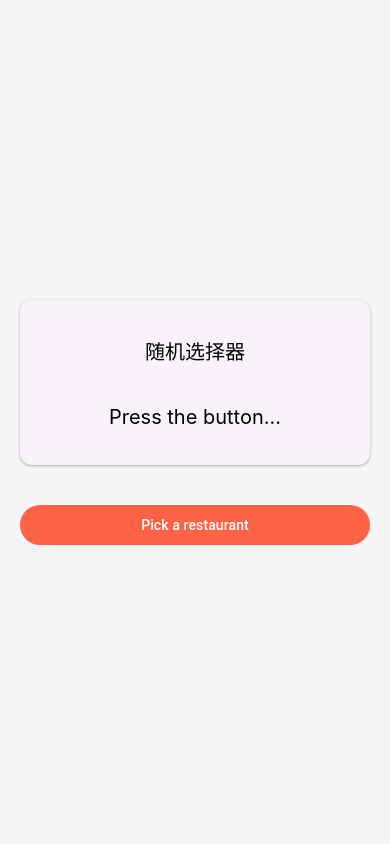
Repository: RidenShogunei/react-native-liveapp
Page: /Res (app in LiveTool/)
These files come from the project's save history. The page is drawn as it stood at one moment and after a run of saves; the edit follows.
The browser window is 390 px wide. The pictures show the whole page.
The page's requests for data from a server got no answer. The app was drawn by React Native's web renderer in a window 390 px wide. The project was rebuilt for these pictures with package versions that can differ from the ones it lists, and the page was loaded fresh each time. No one was signed in, and anything a server would have sent is missing.

Above is the page before, as saved 2024-05-12 12:50:45.

### LiveTool/App.tsx
import React from 'react';
import {NavigationContainer} from '@react-navigation/native';
import {createStackNavigator} from '@react-navigation/stack';
import MainPage from './pages/mian';
import {PaperProvider} from 'react-native-paper';
import {MD3LightTheme as DefaultTheme} from 'react-native-paper';
import Res from './pages/chooseRestaurant';
// 创建一个 Stack Navigator
const Stack = createStackNavigator();
const theme = {
  ...DefaultTheme,
  colors: {
    ...DefaultTheme.colors,
    primary: 'tomato',
    secondary: 'yellow',
  },
};
function App() {
  return (
    <PaperProvider theme={theme}>
      <NavigationContainer>
        <Stack.Navigator initialRouteName="Main">
          <Stack.Screen
            name="Main"
            component={MainPage}
            options={{headerShown: false}}
          />
          <Stack.Screen
            name="Res"
            component={Res}
            options={{headerShown: false}}
          />
        </Stack.Navigator>
      </NavigationContainer>
    </PaperProvider>
  );
}

export default App;

### LiveTool/pages/mian.tsx
import React, {useState, useEffect} from 'react';
import {View, Text, ScrollView, Dimensions, StyleSheet} from 'react-native';
import {Card, Button} from 'react-native-paper';
import {Picker} from '@react-native-picker/picker';
const {width: viewportWidth} = Dimensions.get('window');

function MainPage({ navigation }) {
  const [weather, setWeather] = useState(null);
  const [city, setCity] = useState(101010100);
  useEffect(() => {
    fetch(
      `https://devapi.qweather.com/v7/weather/now?location=${city}&key=acfa15e64b854efcb254f98a8b29568e`,
    )
      .then(response => {
        console.log('Response status:', response.status);
        return response.json();
      })
      .then(data => {
        console.log('Weather data:', data);
        setWeather(data);
      })
      .catch(error => {
        console.error('Error fetching weather data:', error);
      });
  }, [city]);

  return (
    <ScrollView contentContainerStyle={{flexGrow: 1}}>
      <ScrollView
        horizontal
        pagingEnabled
        showsHorizontalScrollIndicator={false}
        contentContainerStyle={{
          alignItems: 'center',
          justifyContent: 'center',
        }}>
        {weather && (
          <Card style={{width: viewportWidth}}>
            <Card.Content>
              <Text style={styles.text}>实时天气</Text>
              <Picker
                selectedValue={city}
                style={{
                  height: 50,
                  width: 120,
                  borderWidth: 1,
                  borderColor: '#000',
                  shadowColor: '#000',
                  shadowOffset: {width: 0, height: 2},
                  shadowOpacity: 0.8,
                  shadowRadius: 2,
                  elevation: 1,
                }}
                onValueChange={(itemValue, itemIndex) => setCity(itemValue)}>
                <Picker.Item label="北京" value="101010100" />
                <Picker.Item label="上海" value="101020100" />
                <Picker.Item label="嘉定" value="101020500" />
                {/* 更多城市省略... */}
              </Picker>
              <Text>{`Temperature: ${weather.now.temp}度`}</Text>
              <Text>{`Feels Like: ${weather.now.feelsLike}度`}</Text>
              <Text>{`Weather: ${weather.now.text}`}</Text>
              <Text>{`Wind Direction: ${weather.now.windDir}`}</Text>
              <Text>{`Wind Scale: ${weather.now.windScale}级`}</Text>
            </Card.Content>
          </Card>
        )}
      </ScrollView>

      <View>
        <Card style={{margin: 10}}>
          <Card.Content>
            <Text style={styles.text}>选餐馆{'\n'}</Text>
            <Button
              mode="contained"
              onPress={() => navigation.navigate('Res')}>
              Press me
            </Button>
          </Card.Content>
        </Card>
        <Card style={{margin: 10}}>
          <Card.Content>
            <Text style={styles.text}>Card content{'\n'}</Text>
            <Button
              mode="contained"
              onPress={() => console.log('Button pressed')}>
              Press me
            </Button>
          </Card.Content>
        </Card>
        <Card style={{margin: 10}}>
          <Card.Content>
            <Text style={styles.text}>More card content{'\n'}</Text>
            <Button
              mode="contained"
              onPress={() => console.log('Another button pressed')}>
              Press me
            </Button>
          </Card.Content>
        </Card>
        {/* 更多的 Card... */}
      </View>
    </ScrollView>
  );
}
const styles = StyleSheet.create({
  container: {
    flex: 1,
    backgroundColor: '#fff',
    alignItems: 'center',
    justifyContent: 'center',
  },
  text: {
    textAlign: 'center',
    fontSize: 20,
  },
});
export default MainPage;

### LiveTool/pages/chooseRestaurant.tsx
import React, {useState} from 'react';
import {View, Text, StyleSheet} from 'react-native';
import {Button, Card} from 'react-native-paper';

const RestaurantPicker = () => {
  const [selectedRestaurant, setSelectedRestaurant] = useState(
    'Press the button...',
  );
  const restaurants = [
    'KFC',
    'MacDonalds',
    'Burger King',
    'Pizza Hut',
    'Taco Bell',
    'Subway',
    'Starbucks',
    "Domino's",
  ];

  const selectRestaurant = () => {
    let index = 0;
    const intervalId = setInterval(() => {
      setSelectedRestaurant(restaurants[index]);
      index = index === restaurants.length - 1 ? 0 : index + 1;
    }, 100);

    setTimeout(() => clearInterval(intervalId), 2000); // after 2 seconds, the name will stop changing
  };

  return (
    <View style={styles.container}>
      <Card style={styles.card}>
        <Card.Content>
          <Text style={{fontSize: 20, textAlign: 'center', marginVertical: 20}}>
            随机选择器
          </Text>
          <Text style={styles.text}>{selectedRestaurant}</Text>
        </Card.Content>
      </Card>
      <Button mode="contained" onPress={selectRestaurant} style={styles.button}>
        Pick a restaurant
      </Button>
    </View>
  );
};

const styles = StyleSheet.create({
  container: {
    flex: 1,
    justifyContent: 'center',
    paddingHorizontal: 20,
    backgroundColor: '#f5f5f5',
  },
  text: {
    fontSize: 20,
    textAlign: 'center',
    marginVertical: 20,
  },
  card: {
    marginBottom: 20,
  },
  button: {
    marginTop: 20,
  },
});

export default RestaurantPicker;

After the next 5 saves:
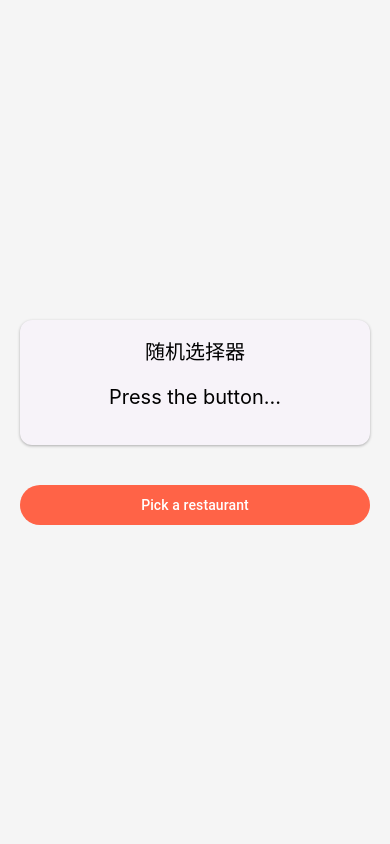
The 5 saves are shown as one change because they came seconds apart.
The last was saved 16 s later.
--- a/LiveTool/pages/chooseRestaurant.tsx
+++ b/LiveTool/pages/chooseRestaurant.tsx
@@ -31,7 +31,7 @@ const RestaurantPicker = () => {
     <View style={styles.container}>
       <Card style={styles.card}>
         <Card.Content>
-          <Text style={{fontSize: 20, textAlign: 'center', marginVertical: 20}}>
+          <Text style={{fontSize: 20, textAlign: 'center',color:'black'}}>
             随机选择器
           </Text>
           <Text style={styles.text}>{selectedRestaurant}</Text>
